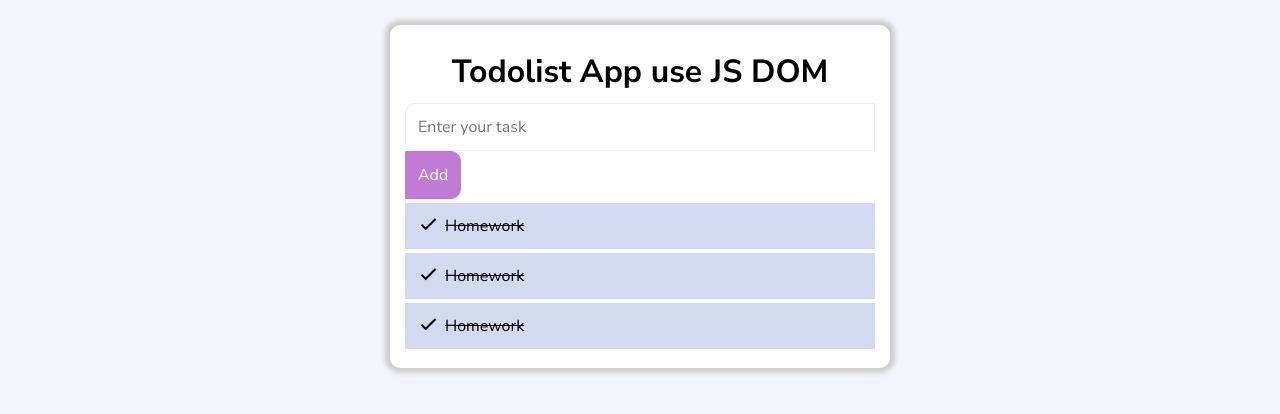
Repository: anhquan74-dev/todolist_app
Page: index.html
The author's editor kept a copy of each file at every save. The page is drawn from the files as they stood at one save, then again after a run of saves.
The browser window is 1280 px wide. The pictures show the whole page.
Some web libraries are served in a nearby version.

Above is the page before, as saved 2022-07-21 16:21:44.

### index.html
<!DOCTYPE html>
<html lang="en">
  <head>
    <meta charset="UTF-8" />
    <meta http-equiv="X-UA-Compatible" content="IE=edge" />
    <meta name="viewport" content="width=device-width, initial-scale=1.0" />
    <title>TodoList Web Application</title>
    <link rel="stylesheet" href="style.css" />
    <link
      rel="stylesheet"
      href="https://cdnjs.cloudflare.com/ajax/libs/font-awesome/6.1.1/css/all.min.css"
      integrity="sha512-KfkfwYDsLkIlwQp6LFnl8zNdLGxu9YAA1QvwINks4PhcElQSvqcyVLLD9aMhXd13uQjoXtEKNosOWaZqXgel0g=="
      crossorigin="anonymous"
      referrerpolicy="no-referrer"
    />
  </head>
  <body>
    <div class="todo-app">
      <h1>Todolist App use JS DOM</h1>
      <div class="form-control">
        <input id="input-text" type="text" placeholder="Enter your task" />
        <button class="add-btn">Add</button>
      </div>
      <ul id="list-item">
        <li class="item checked">
          Homework
          <span class="close-btn"><i class="fa-solid fa-pen-to-square"></i></i></span>
          <span class="close-btn"><i class="fa-solid fa-trash-can"></i></span>
        </li>
        <li class="item checked">
          Homework
          <span class="close-btn"><i class="fa-solid fa-pen-to-square"></i></i></span>
          <span class="close-btn"><i class="fa-solid fa-trash-can"></i></span>
        </li>
        <li class="item checked">
          Homework
          <span class="close-btn"><i class="fa-solid fa-pen-to-square"></i></i></span>
          <span class="close-btn"><i class="fa-solid fa-trash-can"></i></span>
        </li>
      </ul>
    </div>
    <script src="main.js"></script>
  </body>
</html>

### style.css
@import url('https://fonts.googleapis.com/css2?family=Nunito+Sans:ital,wght@0,300;0,400;0,600;0,700;0,800;0,900;1,300;1,400;1,600;1,700;1,800;1,900&display=swap');

*, *::after, *::before {
    margin: 0;
    padding: 0;
    box-sizing: border-box;
}
button, input,
body {
    font-family: 'Nunito Sans', sans-serif;
    background-color: #f3f5fc;
}

input {
    background-color: white;
}

.todo-app {
    background-color: white;
    max-width: 500px;
    margin: 25px auto;
    border-radius: 10px;
    padding: 15px;
    box-shadow: 0px 0px 5px 5px #ccc;
}

h1 {
    text-align: center;
    margin: 10px;
}

form {
    display: flex;
    align-items: center;
}

#input-text {
    font-size: 16px;
    padding: 12px;
    width: 100%;
    outline: none;
    border: 1px solid #eee;
    border-radius: 10px 0px 0px 10px;
}

.add-btn {
    font-size: 16px;
    padding: 12px;
    outline: none;
    border: 1px solid #c07cd4;
    border-radius: 0px 10px 10px 0px;
    cursor: pointer;
    background-color: #c07cd4;
    color: white;
}

.add-btn:hover {
    background-color: #a13bc0;
    border: 1px solid #a13bc0;
}

.list-item {
    list-style-type:none;
    margin-top: 20px;
}

.item {
    padding: 12px 12px 12px 40px;
    background-color: #f3f5fc;
    margin:4px 0;
    position: relative;
    overflow: hidden;
    cursor: pointer;
}

.item span {
    padding: 12px 16px;
    color: white;
    display: block;
    background-color: #fa383e;
    position: absolute;
    top: 0;
    left: 100%;
    opacity: 1;
    transition: all 0.2s ease-in-out;
    cursor: pointer;
}

.item:hover  span{
    opacity: 1;
    transform: translateX(-100%);
}

.item span:hover {
    background-color: rgba(216, 29, 29, 0.795);
}

li.checked {
    background-color: #d2d9f0;
    text-decoration: line-through;
}

ul li.checked::before {
    content: '';
    position: absolute;
    border-color: black;
    border-style: solid;
    border-width: 0 2px 2px 0;
    top: 12px;
    left: 20px;
    transform: rotate(45deg);
    height: 15px;
    width: 7px;
  }

### main.js
var list = document.querySelector("ul");
list.addEventListener("click", function (ev) {
  if (ev.target.nodeName === "LI") {
    ev.target.classList.toggle("checked");
  }
});

var close = document.getElementsByClassName("close-btn");
var i;
for (i = 0; i < close.length; i++) {
  close[i].onclick = function () {
    var div = this.parentElement;
    div.style.display = "none";
  };
}
//
function newElement() {
  var li = document.createElement("li");
  var inputValue = document.getElementById("input-text").value;
  var t = document.createTextNode(inputValue);
  li.appendChild(t);
  li.className = "item";
  if (inputValue === "") {
    alert("You must write something!");
  } else {
    document.getElementById("list-item").appendChild(li);
  }
  document.getElementById("input-text").value = "";

  var span = document.createElement("SPAN");
  span.className = "close-btn";
  span.innerHTML = '<i class="fa-solid fa-trash-can">';
  li.appendChild(span);

  for (i = 0; i < close.length; i++) {
    close[i].onclick = function () {
      var div = this.parentElement;
      div.style.display = "none";
    };
  }
}

After the next 2 saves:
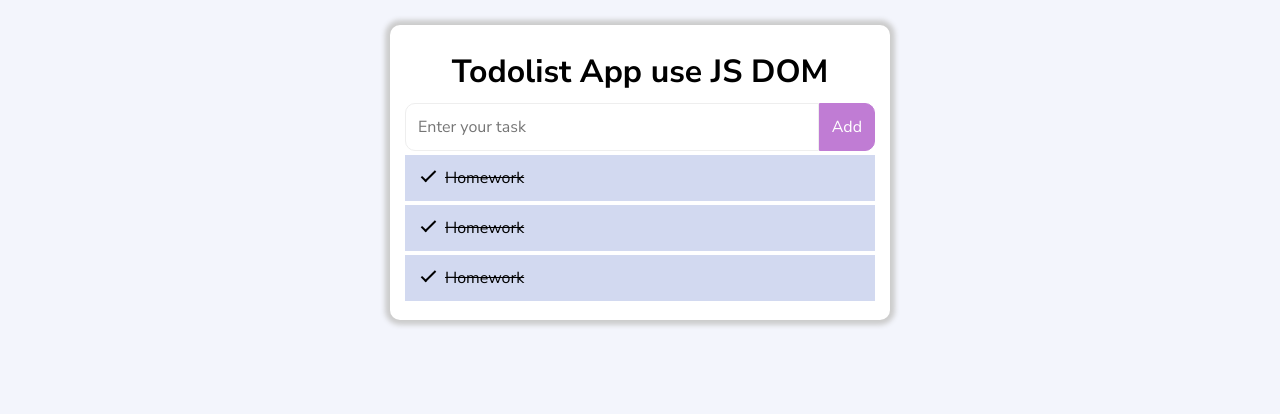
The 2 saves are shown as one change because they came seconds apart.
The last was saved 9 s later.
--- a/style.css
+++ b/style.css
@@ -29,7 +29,7 @@ h1 {
     margin: 10px;
 }
 
-form {
+.form-control {
     display: flex;
     align-items: center;
 }
